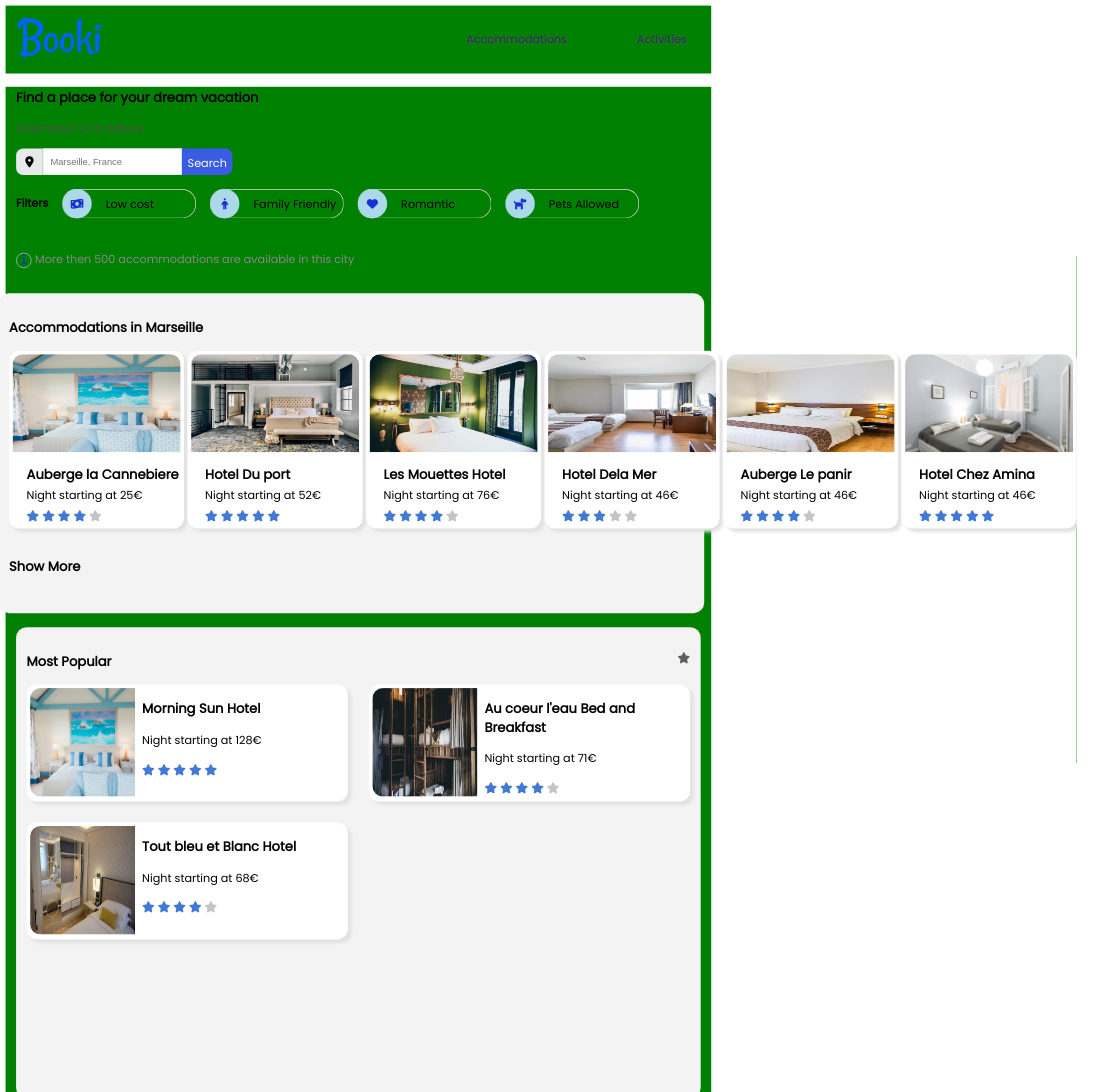
Repository: ailahin/booki
Page: index.html
These files come from the project's save history. The page is drawn as it stood at one moment and after the next save; the edit follows.
The browser window is 1024 px wide. The page is 1538 px wide, then 1563 px, so the pictures cover 1563 px, including what lies to the right of the window. The pictures show the part of the page from y = 0 to 1560 px (the page is 2500 px tall), at 70% of full size.
Some web fonts or font styles are not loaded; a fallback is used. Some web libraries are served in a nearby version.

Above is the page before, as saved 2023-07-19 04:25:29.

After the next save:
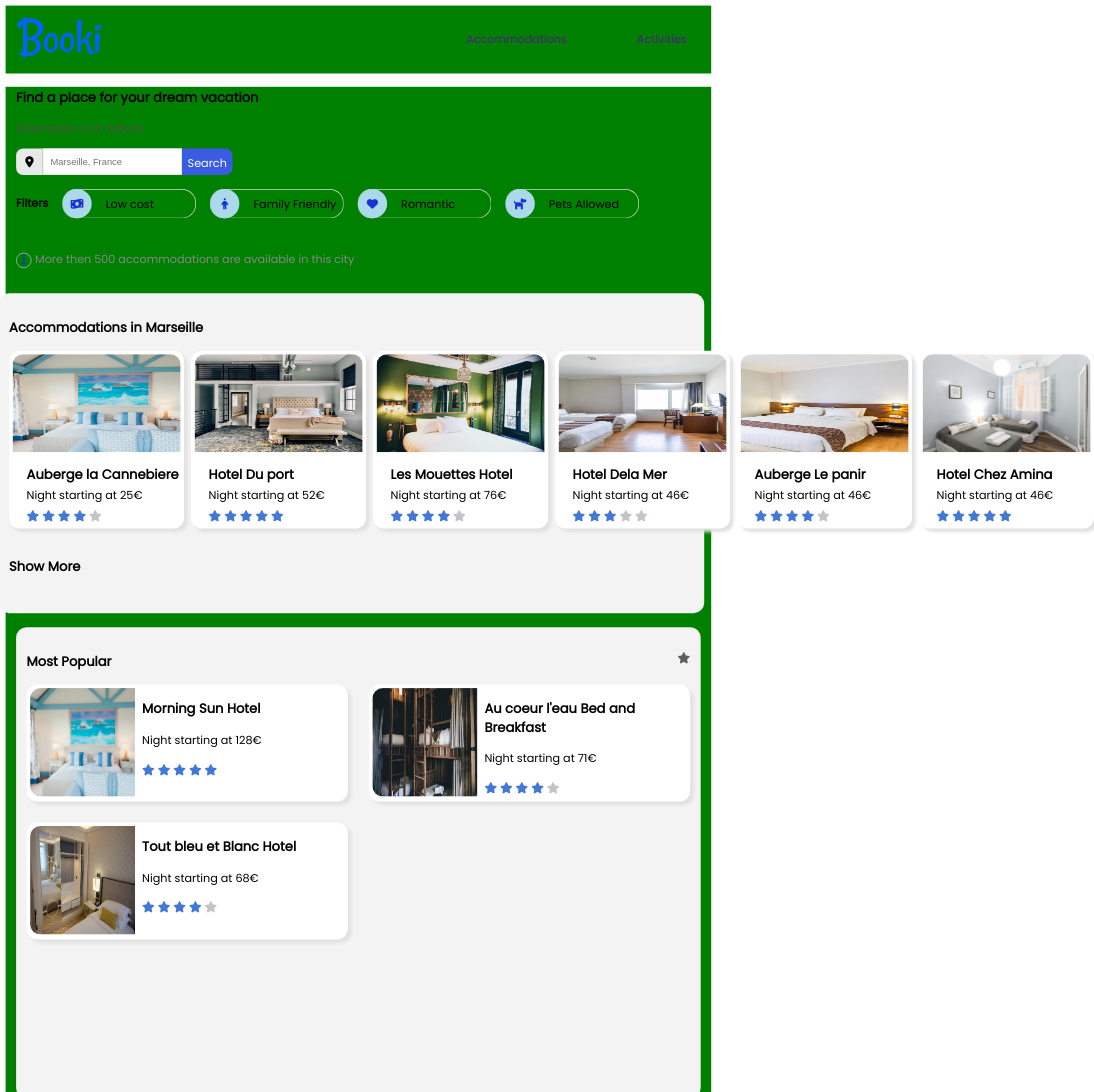
Saved 7 s later.
--- a/css/index.css
+++ b/css/index.css
@@ -431,8 +431,7 @@ margin-bottom: 5px;
     .all-accomodations-details{
         display: flex;
         flex-direction: row;
-        grid-template-columns: repeat(4, 1fr);
-        gap: 5px;
+
      }
 
     .most-popular{
